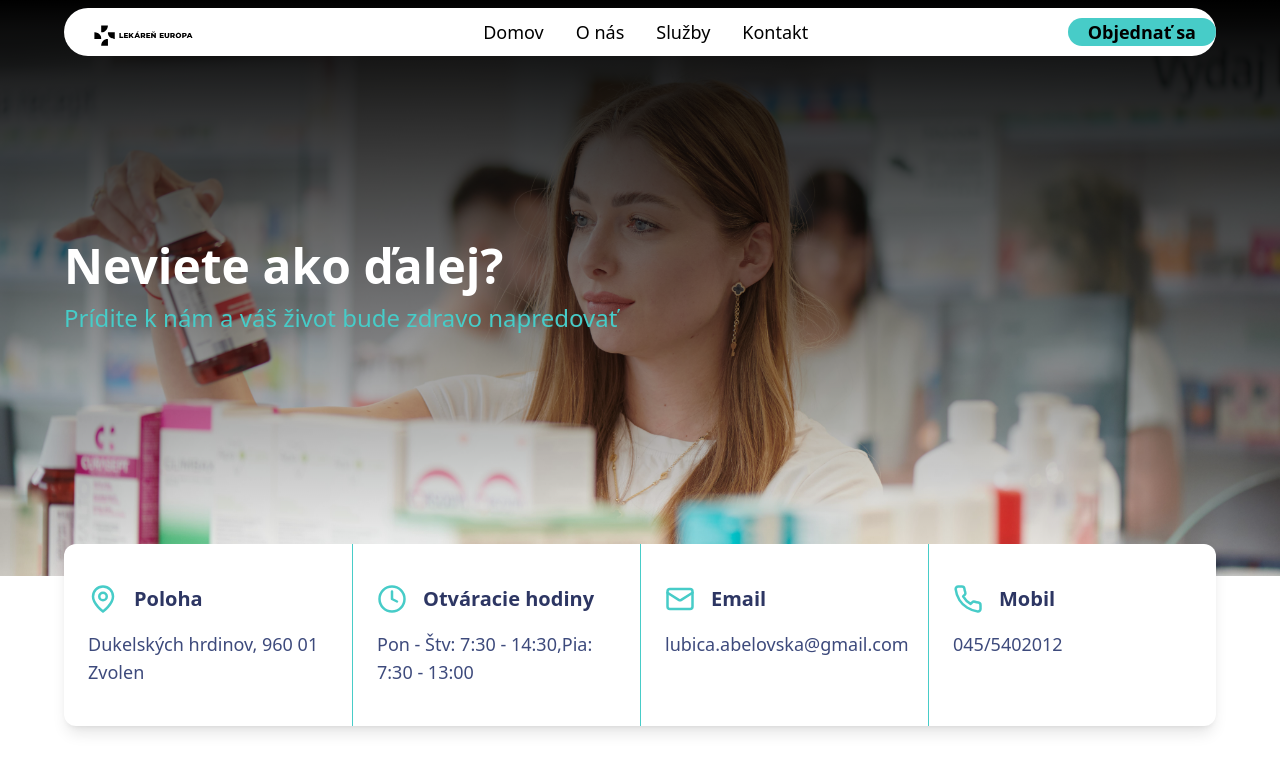
Repository: SimonSkoda13/Lekaren
Page: /
These files come from the project's save history. The page is drawn as it stood at one moment and after the next save; the edit follows.
The browser window is 1280 px wide. The pictures show the whole page.
The project was rebuilt for these pictures with package versions that can differ from the ones it lists, and the page was loaded fresh each time. The framework's server and built-in components were replaced by stand-ins that run in the browser. Also part of the build but not shown: next.config.js.

Above is the page before, as saved 2023-04-22 19:23:53.

After the next save:
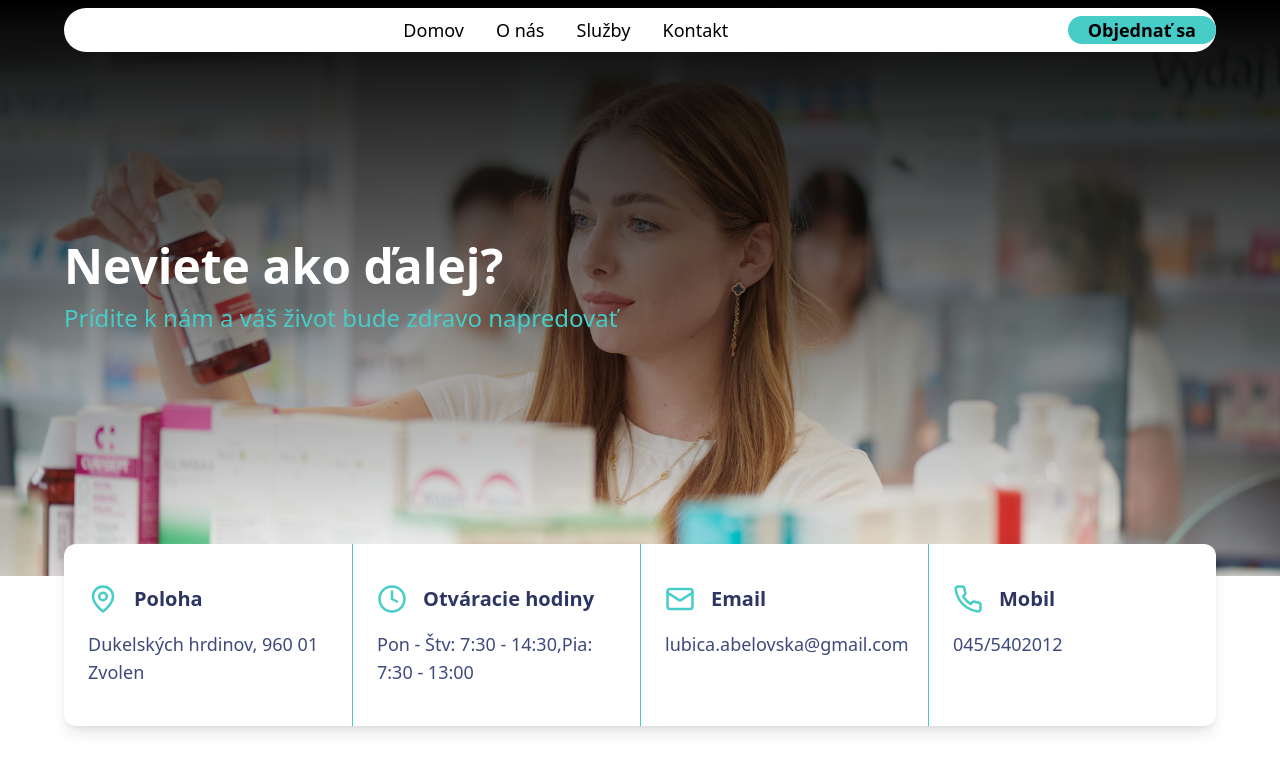
Saved 10 s later.
--- a/src/app/components/Header/Header.tsx
+++ b/src/app/components/Header/Header.tsx
@@ -8,7 +8,6 @@ export const Header = (props: HeaderProps) => {
   return (
     <header className="cntn fixed w-full top-2 z-10">
       <div className="flex bg-white rounded-full items-center">
-        <img src="/headerLogo.svg" className="h-12 w-auto" />
         <div className="py-2 px-4 flex gap-8 items-center mx-auto text-lg font-medium">
           <Link href="/">Domov</Link>
           <Link href="/onas">O nás</Link>
